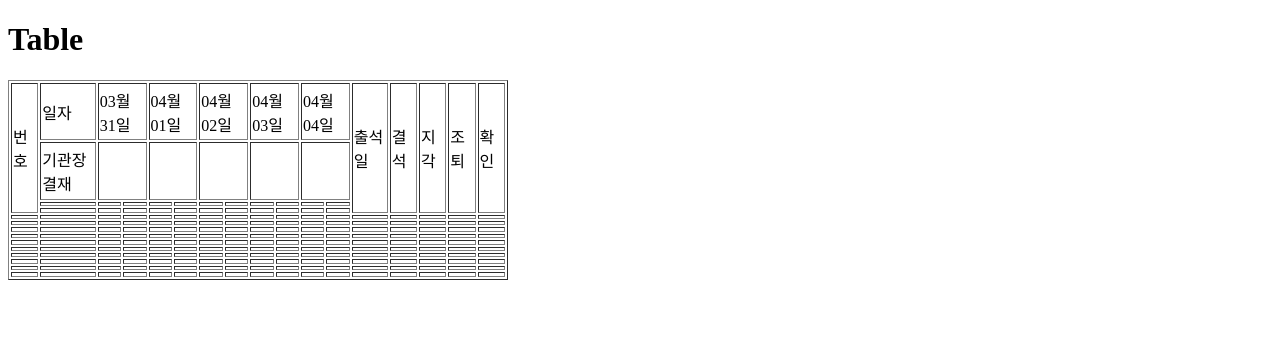
Repository: dnjs0/HCJ
Page: ClientTest/src/main/webapp/html/q11.html
These files come from the project's save history. The page is drawn as it stood at one moment and after the next save; the edit follows.
The browser window is 1280 px wide. The pictures show the whole page.

Above is the page before, as saved 2025-02-12 07:54:37.

After the next save:
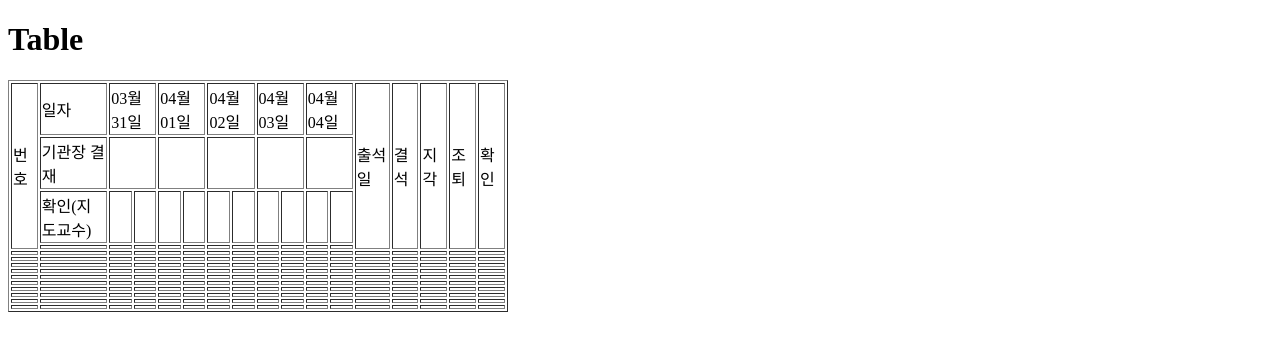
Saved 10 s later.
--- a/ClientTest/src/main/webapp/html/q11.html
+++ b/ClientTest/src/main/webapp/html/q11.html
@@ -31,7 +31,7 @@
             <td colspan="2"></td>
         </tr>
         <tr>
-            <td></td>
+            <td>확인(지도교수)</td>
             <td></td>
             <td></td>
             <td></td>
